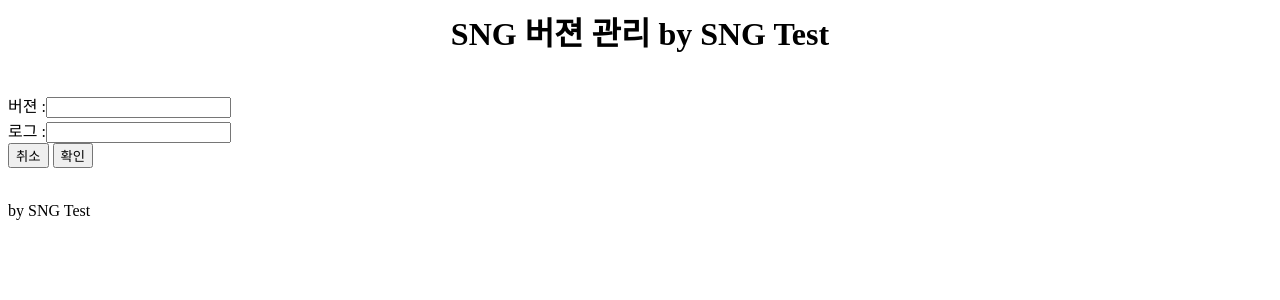
Repository: swmaestro/MobileSNG
Page: Programming/server/SNGTestModule/war/ServerControlPage/SystemUpdate.html
The author's editor kept a copy of each file at every save. The page is drawn from the files as they stood at one save, then again after the next save.
The browser window is 1280 px wide. The pictures show the whole page.

Above is the page before, as saved 2012-09-03 20:08:02.

After the next save:
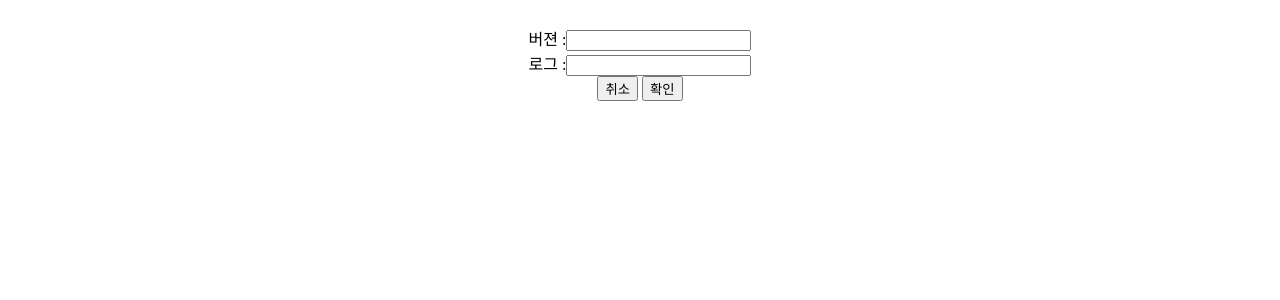
Saved 18 s later.
--- a/Programming/server/SNGTestModule/war/ServerControlPage/SystemUpdate.html
+++ b/Programming/server/SNGTestModule/war/ServerControlPage/SystemUpdate.html
@@ -5,7 +5,7 @@
   </head>
 
   <body>
-    <center><h1>SNG 버젼 관리 by SNG Test</h1> </center>
+    <center>
 	<br>
 	<form action="../systemregister" method="get">
 		버젼  :<input type="text" name="ver"><br>
@@ -13,8 +13,8 @@
  	<input type=reset value='취소'>
  	<input type=submit value='확인'>
  	</form>
- 	<br>
- 	by SNG Test
+ 	</center>
+
 
 
   </body>
